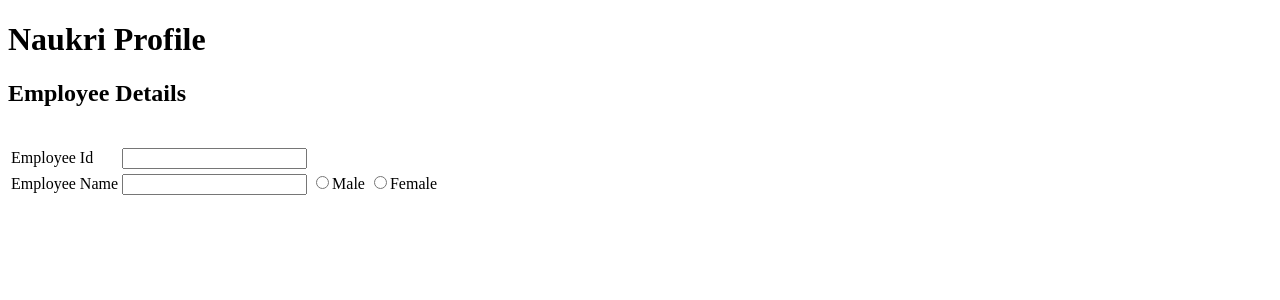
Repository: Ravikumarh6166/my-first-repo
Page: filterapp/src/main/webapp/registrationform.html
The author's editor kept a copy of each file at every save. The page is drawn from the files as they stood at one save, then again after the next save.
The browser window is 1280 px wide. The pictures show the whole page.

Above is the page before, as saved 2022-08-30 06:51:47.

### filterapp/src/main/webapp/registrationform.html
<!DOCTYPE html>
<html>
<head>
<meta charset="UTF-8">
<title>Insert title here</title>
</head>
<body>
<h1>Naukri Profile</h1>
<h2>Employee Details</h2>
<form action="./reg" method="post">
<table>
<tr>
<td>Employee Id</td>
<td><input type="text" name="eid"></td>
</tr>

<tr>
<td>Employee Name</td><br>
<td><input type="text" name="ename">
<input type="radio"  value="Male">Male
<input type="radio"  value="Female">Female
</td>
</tr>


</table>
</form>
</body>
</html>

After the next save:
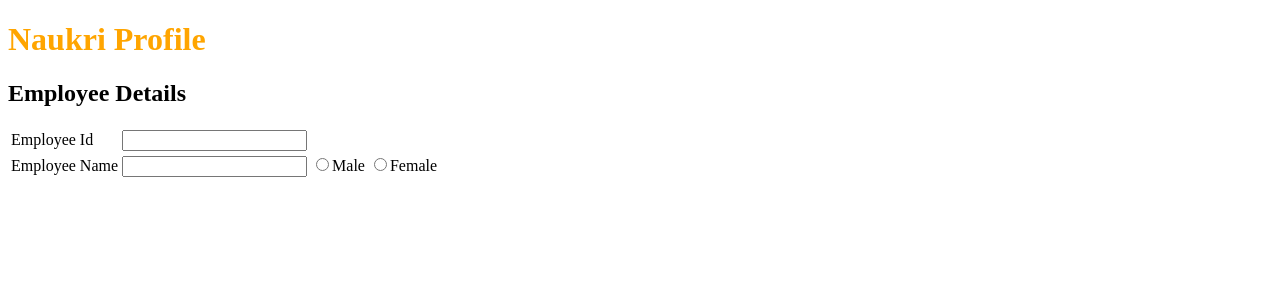
Saved 65 s later.
--- a/filterapp/src/main/webapp/registrationform.html
+++ b/filterapp/src/main/webapp/registrationform.html
@@ -5,7 +5,7 @@
 <title>Insert title here</title>
 </head>
 <body>
-<h1>Naukri Profile</h1>
+<h1 style="color:orange">Naukri Profile</h1>
 <h2>Employee Details</h2>
 <form action="./reg" method="post">
 <table>
@@ -15,7 +15,7 @@
 </tr>
 
 <tr>
-<td>Employee Name</td><br>
+<td>Employee Name</td>
 <td><input type="text" name="ename">
 <input type="radio"  value="Male">Male
 <input type="radio"  value="Female">Female
